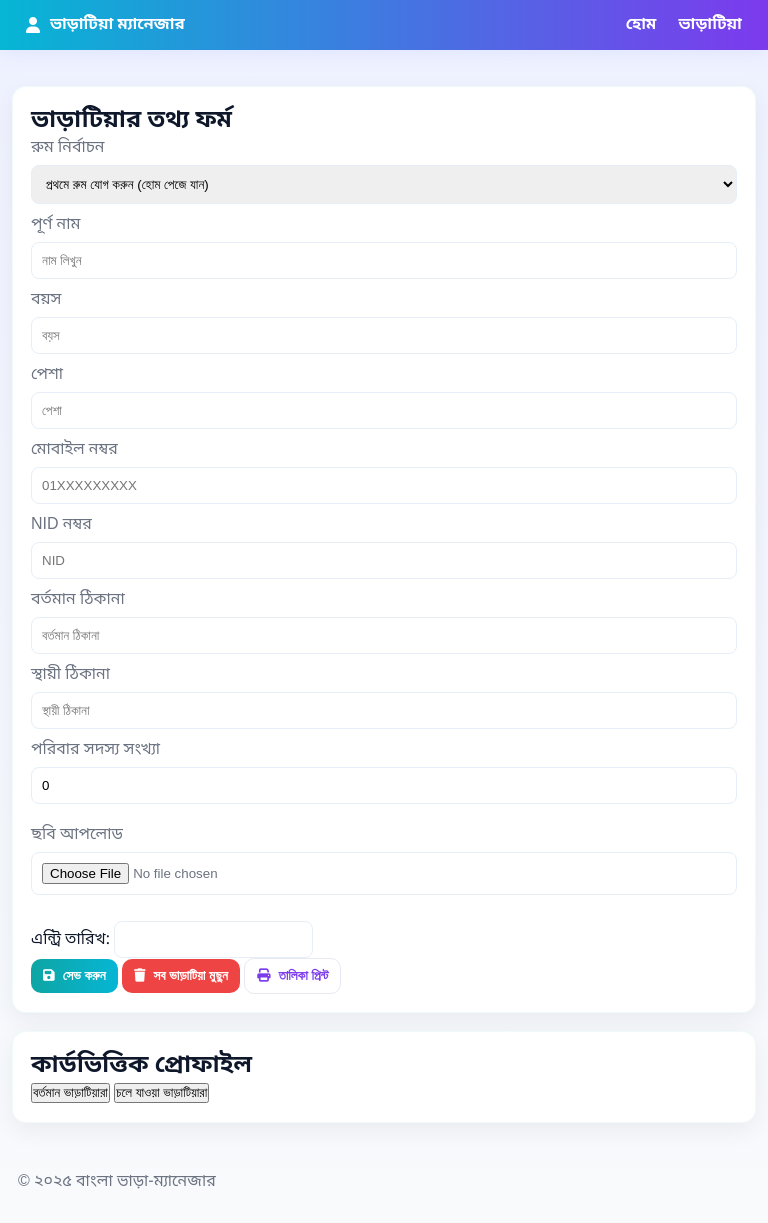
Repository: naimuddin1190/HomeRent-Management-System
Page: tenant.html
These files come from the project's save history. The page is drawn as it stood at one moment and after the next save; the edit follows.
The browser window is 768 px wide. The pictures show the whole page.

Above is the page before, as saved 2025-11-04 21:14:47.
Console error: TypeError: Cannot set properties of null (setting 'innerHTML')

### tenant.html
<!doctype html>
<html lang="bn">
<head>
  <meta charset="utf-8" />
  <meta name="viewport" content="width=device-width, initial-scale=1" />
  <title>ভাড়াটিয়ার তথ্য — বাংলা ভাড়া-ম্যানেজার</title>

  <link rel="stylesheet" href="style.css">
  <link rel="stylesheet" href="https://cdnjs.cloudflare.com/ajax/libs/font-awesome/6.5.0/css/all.min.css">
</head>
<body>
  <header class="navbar">
    <div class="brand"><i class="fa-solid fa-user"></i> ভাড়াটিয়া ম্যানেজার</div>
    <nav class="navlinks">
      <a href="index.html">হোম</a>
      <a href="tenant.html">ভাড়াটিয়া</a>
    </nav>
  </header>

  <main class="tenant-main">
    <section class="panel form-panel">
      <h2>ভাড়াটিয়ার তথ্য ফর্ম</h2>
      <form id="tenantForm">
        <div class="form-grid">
          <label>রুম নির্বাচন
            <select id="tenantRoom" required></select>
          </label>

          <label>পূর্ণ নাম
            <input type="text" id="t_name" placeholder="নাম লিখুন" required>
          </label>

          <label>বয়স
            <input type="number" id="t_age" placeholder="বয়স" required>
          </label>

          <label>পেশা
            <input type="text" id="t_profession" placeholder="পেশা">
          </label>

          <label>মোবাইল নম্বর
            <input type="text" id="t_mobile" placeholder="01XXXXXXXXX" required>
          </label>

          <label>NID নম্বর
            <input type="text" id="t_nid" placeholder="NID">
          </label>

          <label>বর্তমান ঠিকানা
            <input type="text" id="t_present" placeholder="বর্তমান ঠিকানা">
          </label>

          <label>স্থায়ী ঠিকানা
            <input type="text" id="t_permanent" placeholder="স্থায়ী ঠিকানা">
          </label>

          <label>পরিবার সদস্য সংখ্যা
            <input type="number" id="familyCount" min="0" value="0">
          </label>

          <div id="familyArea"></div>

          <label>ছবি আপলোড
            <input type="file" id="t_photo" accept="image/*">
          </label>

          <div class="photo-preview" id="photoPreview"></div>

          <div>এন্ট্রি তারিখ:
            <input type="text" id="entryDate" readonly>
          </div>
        </div>

        <div class="form-actions">
          <button type="submit" class="btn primary"><i class="fa-solid fa-save"></i> সেভ করুন</button>
          <button type="button" id="clearTenants" class="btn danger"><i class="fa-solid fa-trash"></i> সব ভাড়াটিয়া মুছুন</button>
          <button type="button" id="printTenants" class="btn outline"><i class="fa-solid fa-print"></i> তালিকা প্রিন্ট</button>
        </div>
      </form>
    </section>

    <section class="panel list-panel">
      <h2>কার্ডভিত্তিক প্রোফাইল</h2>

      <div class="tabs">
        <button id="activeTab" class="tab-btn active">বর্তমান ভাড়াটিয়ারা</button>
        <button id="leftTab" class="tab-btn">চলে যাওয়া ভাড়াটিয়ারা</button>
      </div>

      <div id="activeList" class="tenant-list"></div>
      <div id="leftList" class="tenant-list" style="display:none"></div>
    </section>
  </main>

  <footer class="site-footer">
    <div>© ২০২৫ বাংলা ভাড়া-ম্যানেজার</div>
  </footer>

  <script src="tenant.js"></script>
</body>
</html>

### style.css
/* ============================
   Shared variables & reset
   ============================ */
:root{
  --bg:#f4f6fb;
  --card:#ffffff;
  --muted:#6b7280;
  --primary1:#0ea5a4;  /* teal */
  --primary2:#06b6d4;
  --accent:#7c3aed;     /* purple */
  --danger:#ef4444;
  --glass: rgba(255,255,255,0.7);
  --radius:12px;
  --shadow: 0 8px 24px rgba(16,24,40,0.06);
}

*{box-sizing:border-box;margin:0;padding:0}
body{
  font-family: 'Noto Sans Bengali', 'Poppins', sans-serif;
  background: linear-gradient(180deg,#eef2ff,#f8fafc);
  color:#0f172a;
  -webkit-font-smoothing:antialiased;
  -moz-osx-font-smoothing:grayscale;
}

/* Navbar */
.navbar{
  display:flex;justify-content:space-between;align-items:center;padding:14px 26px;background:linear-gradient(90deg,var(--primary2),var(--accent));
  color:white; position:sticky; top:0; z-index:50;
  box-shadow: 0 6px 18px rgba(99,102,241,0.08);
}
.brand{font-weight:700;display:flex;gap:10px;align-items:center}
.navlinks a{color:white;text-decoration:none;margin-left:18px;font-weight:600}

/* Layout */
.dashboard{display:grid;grid-template-columns:1fr 380px;gap:18px;max-width:1200px;margin:24px auto;padding:0 18px}
.left-col{min-height:300px}
.right-col{min-height:300px}

/* Panels */
.panel{background:var(--card);border-radius:14px;padding:18px;box-shadow:var(--shadow);border:1px solid rgba(14,165,164,0.06)}
.panel-head{display:flex;justify-content:space-between;align-items:center;gap:12px;margin-bottom:12px}
.panel-head h2{margin:0;color:var(--accent)}

.panel-actions{display:flex;gap:8px;flex-wrap:wrap}

/* Buttons */
.btn{padding:9px 12px;border-radius:10px;border:none;cursor:pointer;font-weight:700;display:inline-flex;align-items:center;gap:8px}
.btn.primary{background:linear-gradient(90deg,var(--primary1),var(--primary2));color:white}
.btn.accent{background:linear-gradient(90deg,var(--accent),#5b21b6);color:white}
.btn.outline{background:transparent;border:1px solid #e6e9f2;color:var(--accent)}
.btn.danger{background:var(--danger);color:white}

/* Room cards */
.room-container{display:flex;flex-direction:column;gap:12px}
.room-card{border-radius:12px;padding:12px;background:linear-gradient(180deg,#fff,#fbfdff);border:1px solid rgba(99,102,241,0.06);box-shadow:0 6px 18px rgba(99,102,241,0.03)}
.room-top{display:flex;justify-content:space-between;align-items:center;gap:10px}
.room-title{font-weight:700}
.room-fields{display:grid;grid-template-columns:repeat(2,1fr);gap:8px;margin-top:10px}
.room-fields label{display:flex;flex-direction:column;font-size:14px;color:var(--muted)}
.room-fields input, .room-fields select{padding:8px;border-radius:8px;border:1px solid #e6eef8;background:transparent}

/* actions/result */
.card-actions{margin-top:10px;display:flex;gap:8px;flex-wrap:wrap}
.result-block{margin-top:10px;padding:10px;border-radius:10px;background:#f8fafc;border:1px solid rgba(6,182,212,0.06)}

/* Summary (right) */
.summary-grid{display:grid;grid-template-columns:1fr 1fr;gap:10px;margin-bottom:12px}
.summary-card{padding:12px;border-radius:10px;background:linear-gradient(180deg,#fff,#fbfdff);border:1px solid rgba(6,182,212,0.06)}
.summary-card .title{font-size:13px;color:var(--muted)}
.summary-card .value{font-weight:800;font-size:20px;margin-top:6px}

/* chart */
.chart-section{margin-top:12px}
.progress-bar-wrap{margin-top:12px}
.progress-track{height:14px;background:#e6eef8;border-radius:999px;overflow:hidden;margin-top:6px}
.progress-fill{height:100%;width:0%;background:linear-gradient(90deg,var(--primary1),var(--accent));transition:width 600ms ease}
.progress-percent{text-align:right;margin-top:6px;font-weight:700}

/* tenant page */
.tenant-main{max-width:1200px;margin:24px auto;padding:0 18px;display:grid;grid-template-columns:480px 1fr;gap:18px}
.form-panel .form-grid{display:grid;grid-template-columns:1fr;gap:10px}
.form-grid label{display:flex;flex-direction:column;gap:6px;color:var(--muted)}
.form-grid input, .form-grid select{padding:10px;border-radius:8px;border:1px solid #e6eef8}
.photo-preview{margin-top:6px}
.photo-preview img{max-width:120px;border-radius:10px;border:1px solid #e6eef8}

/* tenant list */
.tenant-list{display:grid;gap:10px}
.tenant-card{display:flex;gap:12px;align-items:center;padding:10px;background:linear-gradient(180deg,#fff,#fbfdff);border-radius:10px;border:1px solid rgba(99,102,241,0.04)}
.tenant-card img{width:80px;height:80px;object-fit:cover;border-radius:8px}
.tenant-meta{flex:1}

/* footer */
.site-footer{max-width:1200px;margin:18px auto;padding:12px 18px;display:flex;justify-content:space-between;align-items:center;color:var(--muted)}
.site-footer .socials a{margin-left:8px;color:var(--muted)}

/* responsive */
@media (max-width:980px){
  .dashboard{grid-template-columns:1fr; padding:12px}
  .tenant-main{grid-template-columns:1fr; padding:12px}
  .right-col{order:2}
  .left-col{order:1}
}

### tenant.js
/* tenant.js
   Tenant form handling: save per-room tenant profile, photo upload (dataURL), print, delete, edit
*/

// LocalStorage key
const TENANTS_KEY = "tenantsData";
const ROOMS_KEY = "roomsData";

document.addEventListener("DOMContentLoaded", () => {
  const form = document.getElementById("tenantForm");
  const tenantList = document.getElementById("tenantList");
  const tenantRoomSelect = document.getElementById("tenantRoom");
  const photoInput = document.getElementById("t_photo");
  const photoPreview = document.getElementById("photoPreview");
  const clearTenantsBtn = document.getElementById("clearTenants");
  const printTenantsBtn = document.getElementById("printTenants");

  // load tenants and rooms
  let tenants = JSON.parse(localStorage.getItem(TENANTS_KEY)) || [];
  let rooms = JSON.parse(localStorage.getItem(ROOMS_KEY)) || [];

  // fill room select
  function populateRoomSelect() {
    rooms = JSON.parse(localStorage.getItem(ROOMS_KEY)) || rooms;
    tenantRoomSelect.innerHTML = "";
    if(rooms.length === 0) {
      const opt = document.createElement("option");
      opt.value = "";
      opt.textContent = "প্রথমে রুম যোগ করুন (হোম পেজে যান)";
      tenantRoomSelect.appendChild(opt);
    } else {
      tenantRoomSelect.innerHTML = '<option value="">-- রুম নির্বাচন করুন --</option>';
      rooms.forEach(r => {
        const opt = document.createElement("option");
        opt.value = r.id;
        opt.textContent = r.name || r.id;
        tenantRoomSelect.appendChild(opt);
      });
    }
  }

  populateRoomSelect();

  // update when rooms change in other tab (listening to localStorage change)
  window.addEventListener("storage", (e) => {
    if(e.key === "roomsUpdatedAt") populateRoomSelect();
  });

  // preview photo
  photoInput.addEventListener("change", (e) => {
    const file = e.target.files[0];
    if(!file) { photoPreview.innerHTML = ""; return; }
    const reader = new FileReader();
    reader.onload = () => {
      photoPreview.innerHTML = `<img src="${reader.result}" alt="preview">`;
    };
    reader.readAsDataURL(file);
  });

  // render tenant list
  function renderTenants() {
    tenants = JSON.parse(localStorage.getItem(TENANTS_KEY)) || tenants;
    if(tenants.length === 0) {
      tenantList.innerHTML = "<div style='color:#666'>কোনো ভাড়াটিয়া পাওয়া যায়নি।</div>";
      return;
    }
    tenantList.innerHTML = tenants.map((t, i) => {
      // find room name
      const roomName = (rooms.find(r=> r.id === t.roomId) || {}).name || t.roomId || "N/A";
      return `
        <div class="tenant-card" data-index="${i}">
          <img src="${t.photo || ''}" alt="photo" onerror="this.style.display='none'">
          <div class="tenant-meta">
            <div style="font-weight:800">${escapeHtml(t.name)} — <small style="color:#6b7280">${escapeHtml(roomName)}</small></div>
            <div>বয়স: ${escapeHtml(t.age)} • পেশা: ${escapeHtml(t.profession)}</div>
            <div>মোবাইল: ${escapeHtml(t.mobile)} • NID: ${escapeHtml(t.nid)}</div>
            <div>ঠিকানা: ${escapeHtml(t.present)}</div>
            <div style="margin-top:8px">
              <button class="btn outline btn-edit" data-i="${i}"><i class="fa-solid fa-pen"></i> সম্পাদনা</button>
              <button class="btn danger btn-delete" data-i="${i}"><i class="fa-solid fa-trash"></i> মুছুন</button>
              <button class="btn primary btn-print" data-i="${i}"><i class="fa-solid fa-print"></i> প্রিন্ট</button>
            </div>
          </div>
        </div>
      `;
    }).join("");
    attachTenantButtons();
  }

  function attachTenantButtons(){
    tenantList.querySelectorAll(".btn-delete").forEach(b => {
      b.addEventListener("click", (e) => {
        const i = Number(e.target.closest("button").dataset.i);
        if(!confirm("এই ভাড়াটিয়ার তথ্য মুছে ফেলতে চান?")) return;
        tenants.splice(i,1);
        localStorage.setItem(TENANTS_KEY, JSON.stringify(tenants));
        renderTenants();
      });
    });
    tenantList.querySelectorAll(".btn-edit").forEach(b => {
      b.addEventListener("click", (e) => {
        const i = Number(e.target.closest("button").dataset.i);
        const t = tenants[i];
        // populate form for editing (we will delete old and re-add on submit)
        document.getElementById("tenantRoom").value = t.roomId || "";
        document.getElementById("t_name").value = t.name || "";
        document.getElementById("t_age").value = t.age || "";
        document.getElementById("t_profession").value = t.profession || "";
        document.getElementById("t_mobile").value = t.mobile || "";
        document.getElementById("t_nid").value = t.nid || "";
        document.getElementById("t_present").value = t.present || "";
        document.getElementById("t_permanent").value = t.permanent || "";
        photoPreview.innerHTML = t.photo ? `<img src="${t.photo}" alt="preview">` : "";
        // remove old entry
        tenants.splice(i,1);
        localStorage.setItem(TENANTS_KEY, JSON.stringify(tenants));
        renderTenants();
      });
    });
    tenantList.querySelectorAll(".btn-print").forEach(b => {
      b.addEventListener("click", (e) => {
        const i = Number(e.target.closest("button").dataset.i);
        printTenant(i);
      });
    });
  }

  // form submit
  form.addEventListener("submit", (e) => {
    e.preventDefault();
    const roomId = tenantRoomSelect.value;
    if(!roomId) return alert("রুম নির্বাচন করুন।");
    const name = document.getElementById("t_name").value.trim();
    const age = document.getElementById("t_age").value.trim();
    const profession = document.getElementById("t_profession").value.trim();
    const mobile = document.getElementById("t_mobile").value.trim();
    const nid = document.getElementById("t_nid").value.trim();
    const present = document.getElementById("t_present").value.trim();
    const permanent = document.getElementById("t_permanent").value.trim();

    // handle photo as dataURL
    const file = photoInput.files[0];
    if(file) {
      const reader = new FileReader();
      reader.onload = () => {
        const photoData = reader.result;
        const tenant = { roomId, name, age, profession, mobile, nid, present, permanent, photo: photoData };
        tenants.push(tenant);
        localStorage.setItem(TENANTS_KEY, JSON.stringify(tenants));
        form.reset();
        photoPreview.innerHTML = "";
        renderTenants();
        alert("ভাড়াটিয়ার তথ্য সেভ হয়েছে।");
      };
      reader.readAsDataURL(file);
    } else {
      const tenant = { roomId, name, age, profession, mobile, nid, present, permanent, photo: "" };
      tenants.push(tenant);
      localStorage.setItem(TENANTS_KEY, JSON.stringify(tenants));
      form.reset();
      photoPreview.innerHTML = "";
      renderTenants();
      alert("ভাড়াটিয়ার তথ্য সেভ হয়েছে।");
    }
  });

  // clear tenants
  clearTenantsBtn.addEventListener("click", () => {
    if(!confirm("সব ভাড়াটিয়ার তথ্য মুছে ফেলতে চান?")) return;
    localStorage.removeItem(TENANTS_KEY);
    tenants = [];
    renderTenants();
  });

  // print tenants list (simple layout)
  printTenantsBtn.addEventListener("click", () => {
    const html = buildTenantPrintHtml();
    const w = window.open("", "_blank", "width=900,height=700");
    w.document.write(html);
    w.document.close();
    w.focus();
    w.print();
  });

  function buildTenantPrintHtml() {
    const date = new Date().toLocaleString('bn-BD');
    let rows = "";
    tenants.forEach((t, idx) => {
      const roomName = (rooms.find(r => r.id === t.roomId) || {}).name || t.roomId || "N/A";
      rows += `<tr>
        <td style="padding:6px;border:1px solid #ddd">${idx+1}</td>
        <td style="padding:6px;border:1px solid #ddd">${escapeHtml(roomName)}</td>
        <td style="padding:6px;border:1px solid #ddd">${escapeHtml(t.name)}</td>
        <td style="padding:6px;border:1px solid #ddd">${escapeHtml(t.mobile)}</td>
        <td style="padding:6px;border:1px solid #ddd">${escapeHtml(t.nid)}</td>
      </tr>`;
    });

    return `
      <div style="font-family:Arial;padding:18px">
        <h2>ভাড়াটিয়াদের তালিকা</h2>
        <div style="color:#666">তারিখ: ${date}</div>
        <table style="width:100%;border-collapse:collapse;margin-top:12px">
          <thead>
            <tr>
              <th style="padding:6px;border:1px solid #ddd">#</th>
              <th style="padding:6px;border:1px solid #ddd">রুম</th>
              <th style="padding:6px;border:1px solid #ddd">নাম</th>
              <th style="padding:6px;border:1px solid #ddd">মোবাইল</th>
              <th style="padding:6px;border:1px solid #ddd">NID</th>
            </tr>
          </thead>
          <tbody>${rows}</tbody>
        </table>
      </div>
    `;
  }

  // print single tenant
  function printTenant(i) {
    const t = tenants[i];
    if(!t) return alert("ভাড়াটিয়া পাওয়া যায়নি।");
    const roomName = (rooms.find(r => r.id === t.roomId) || {}).name || t.roomId || "N/A";
    const html = `
      <div style="font-family:Arial;padding:18px">
        <h2>ভাড়াটিয়ার প্রোফাইল — ${escapeHtml(t.name)}</h2>
        <div>রুম: ${escapeHtml(roomName)}</div>
        <div>বয়স: ${escapeHtml(t.age)}</div>
        <div>পেশা: ${escapeHtml(t.profession)}</div>
        <div>মোবাইল: ${escapeHtml(t.mobile)}</div>
        <div>NID: ${escapeHtml(t.nid)}</div>
        <div>বর্তমান ঠিকানা: ${escapeHtml(t.present)}</div>
        <div>স্থায়ী: ${escapeHtml(t.permanent)}</div>
        <div style="margin-top:12px">${t.photo ? `<img src="${t.photo}" style="max-width:220px;border-radius:8px">` : ""}</div>
      </div>
    `;
    const w = window.open("", "_blank", "width=600,height=700");
    w.document.write(html);
    w.document.close();
    w.focus();
    w.print();
  }

  // escape
  function escapeHtml(str){ if(str==null) return ""; return String(str).replace(/[&<>"']/g, s=>({ '&':'&amp;','<':'&lt;','>':'&gt;','"':'&quot;',"'":'&#39;' }[s])); }

  // initial render
  renderTenants();

  // if rooms change in storage (via main page), refresh local rooms and update select
  window.addEventListener("storage", (e) => {
    if(e.key === "roomsUpdatedAt") {
      rooms = JSON.parse(localStorage.getItem(ROOMS_KEY)) || rooms;
      populateRoomSelect();
      renderTenants();
    }
  });

});

After the next save:
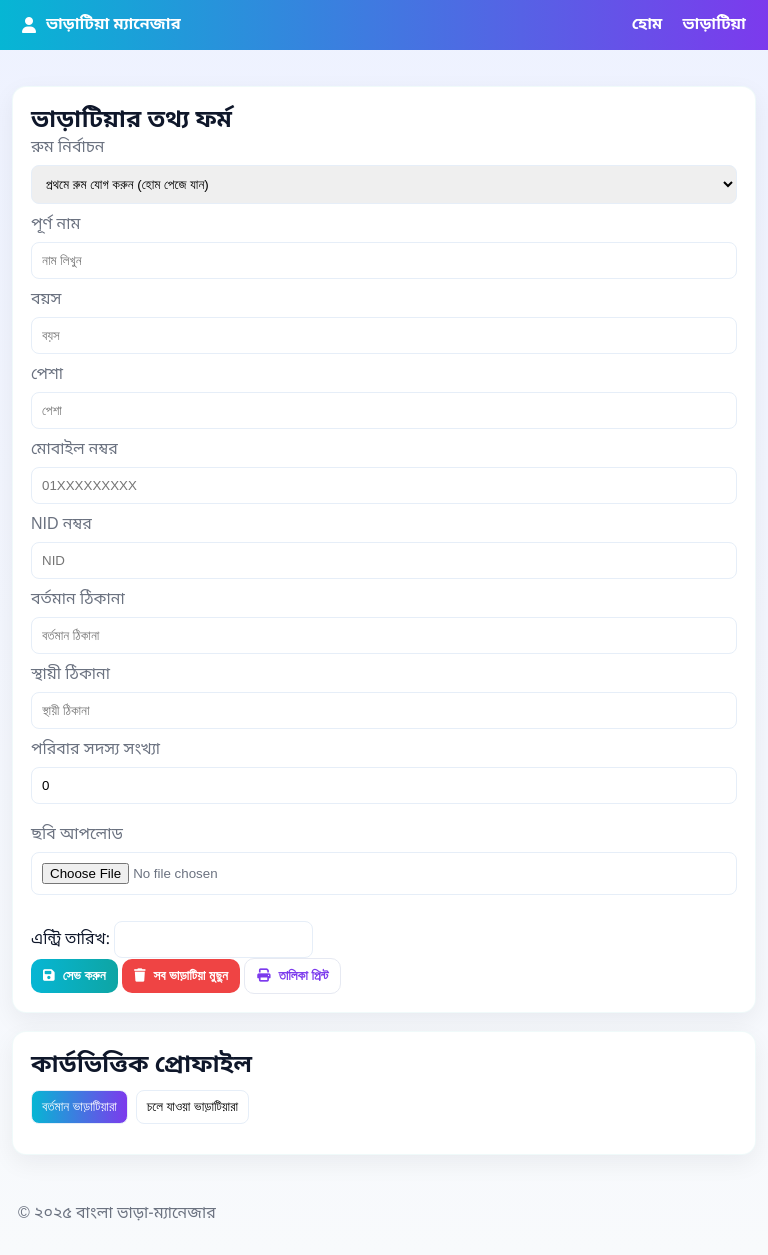
Saved 16 s later.
--- a/style.css
+++ b/style.css
@@ -1,77 +1,67 @@
-/* ============================
-   Shared variables & reset
-   ============================ */
 :root{
   --bg:#f4f6fb;
   --card:#ffffff;
   --muted:#6b7280;
-  --primary1:#0ea5a4;  /* teal */
-  --primary2:#06b6d4;
-  --accent:#7c3aed;     /* purple */
+  --primary1:#06b6d4;
+  --accent:#7c3aed;
   --danger:#ef4444;
-  --glass: rgba(255,255,255,0.7);
   --radius:12px;
   --shadow: 0 8px 24px rgba(16,24,40,0.06);
 }
-
 *{box-sizing:border-box;margin:0;padding:0}
 body{
   font-family: 'Noto Sans Bengali', 'Poppins', sans-serif;
   background: linear-gradient(180deg,#eef2ff,#f8fafc);
   color:#0f172a;
   -webkit-font-smoothing:antialiased;
-  -moz-osx-font-smoothing:grayscale;
 }
 
-/* Navbar */
-.navbar{
-  display:flex;justify-content:space-between;align-items:center;padding:14px 26px;background:linear-gradient(90deg,var(--primary2),var(--accent));
-  color:white; position:sticky; top:0; z-index:50;
-  box-shadow: 0 6px 18px rgba(99,102,241,0.08);
-}
+/* navbar */
+.navbar{display:flex;justify-content:space-between;align-items:center;padding:14px 22px;background:linear-gradient(90deg,var(--primary1),var(--accent));color:white;position:sticky;top:0;z-index:50}
 .brand{font-weight:700;display:flex;gap:10px;align-items:center}
-.navlinks a{color:white;text-decoration:none;margin-left:18px;font-weight:600}
+.navlinks a{color:white;text-decoration:none;margin-left:16px;font-weight:600}
 
-/* Layout */
+/* layout */
 .dashboard{display:grid;grid-template-columns:1fr 380px;gap:18px;max-width:1200px;margin:24px auto;padding:0 18px}
 .left-col{min-height:300px}
 .right-col{min-height:300px}
 
-/* Panels */
+/* panel */
 .panel{background:var(--card);border-radius:14px;padding:18px;box-shadow:var(--shadow);border:1px solid rgba(14,165,164,0.06)}
 .panel-head{display:flex;justify-content:space-between;align-items:center;gap:12px;margin-bottom:12px}
 .panel-head h2{margin:0;color:var(--accent)}
-
 .panel-actions{display:flex;gap:8px;flex-wrap:wrap}
 
-/* Buttons */
+/* buttons */
 .btn{padding:9px 12px;border-radius:10px;border:none;cursor:pointer;font-weight:700;display:inline-flex;align-items:center;gap:8px}
-.btn.primary{background:linear-gradient(90deg,var(--primary1),var(--primary2));color:white}
+.btn.primary{background:linear-gradient(90deg,var(--primary1),#0ea5a4);color:white}
 .btn.accent{background:linear-gradient(90deg,var(--accent),#5b21b6);color:white}
 .btn.outline{background:transparent;border:1px solid #e6e9f2;color:var(--accent)}
 .btn.danger{background:var(--danger);color:white}
 
-/* Room cards */
+/* rooms */
 .room-container{display:flex;flex-direction:column;gap:12px}
 .room-card{border-radius:12px;padding:12px;background:linear-gradient(180deg,#fff,#fbfdff);border:1px solid rgba(99,102,241,0.06);box-shadow:0 6px 18px rgba(99,102,241,0.03)}
 .room-top{display:flex;justify-content:space-between;align-items:center;gap:10px}
-.room-title{font-weight:700}
+.room-title input{font-weight:800;padding:6px;border-radius:8px;border:1px solid #e6eef8}
 .room-fields{display:grid;grid-template-columns:repeat(2,1fr);gap:8px;margin-top:10px}
 .room-fields label{display:flex;flex-direction:column;font-size:14px;color:var(--muted)}
-.room-fields input, .room-fields select{padding:8px;border-radius:8px;border:1px solid #e6eef8;background:transparent}
-
-/* actions/result */
+.room-fields input{padding:8px;border-radius:8px;border:1px solid #e6eef8}
 .card-actions{margin-top:10px;display:flex;gap:8px;flex-wrap:wrap}
 .result-block{margin-top:10px;padding:10px;border-radius:10px;background:#f8fafc;border:1px solid rgba(6,182,212,0.06)}
 
-/* Summary (right) */
+/* status styles */
+.room-paid{border-left:6px solid #10b981}
+.room-due{border-left:6px solid #f97316}
+
+/* summary */
 .summary-grid{display:grid;grid-template-columns:1fr 1fr;gap:10px;margin-bottom:12px}
 .summary-card{padding:12px;border-radius:10px;background:linear-gradient(180deg,#fff,#fbfdff);border:1px solid rgba(6,182,212,0.06)}
 .summary-card .title{font-size:13px;color:var(--muted)}
 .summary-card .value{font-weight:800;font-size:20px;margin-top:6px}
 
-/* chart */
-.chart-section{margin-top:12px}
+/* chart & progress */
+.chart-section{margin-top:12px;height:220px}
 .progress-bar-wrap{margin-top:12px}
 .progress-track{height:14px;background:#e6eef8;border-radius:999px;overflow:hidden;margin-top:6px}
 .progress-fill{height:100%;width:0%;background:linear-gradient(90deg,var(--primary1),var(--accent));transition:width 600ms ease}
@@ -85,11 +75,18 @@ body{
 .photo-preview{margin-top:6px}
 .photo-preview img{max-width:120px;border-radius:10px;border:1px solid #e6eef8}
 
+/* family */
+.family-member{display:grid;grid-template-columns:1fr 80px 120px;gap:8px;margin-top:6px}
+.family-member input{padding:8px;border-radius:8px;border:1px solid #e6eef8}
+
 /* tenant list */
-.tenant-list{display:grid;gap:10px}
-.tenant-card{display:flex;gap:12px;align-items:center;padding:10px;background:linear-gradient(180deg,#fff,#fbfdff);border-radius:10px;border:1px solid rgba(99,102,241,0.04)}
-.tenant-card img{width:80px;height:80px;object-fit:cover;border-radius:8px}
+.tenant-list{display:grid;gap:10px;margin-top:12px}
+.tenant-card{display:flex;gap:12px;align-items:flex-start;padding:12px;background:linear-gradient(180deg,#fff,#fbfdff);border-radius:10px;border:1px solid rgba(99,102,241,0.04)}
+.tenant-card img{width:100px;height:100px;object-fit:cover;border-radius:8px}
 .tenant-meta{flex:1}
+.tabs{display:flex;gap:8px;margin-top:8px}
+.tab-btn{padding:8px 10px;border-radius:8px;border:1px solid #e6eef8;background:transparent;cursor:pointer}
+.tab-btn.active{background:linear-gradient(90deg,var(--primary1),var(--accent));color:white}
 
 /* footer */
 .site-footer{max-width:1200px;margin:18px auto;padding:12px 18px;display:flex;justify-content:space-between;align-items:center;color:var(--muted)}
@@ -99,6 +96,4 @@ body{
 @media (max-width:980px){
   .dashboard{grid-template-columns:1fr; padding:12px}
   .tenant-main{grid-template-columns:1fr; padding:12px}
-  .right-col{order:2}
-  .left-col{order:1}
 }
